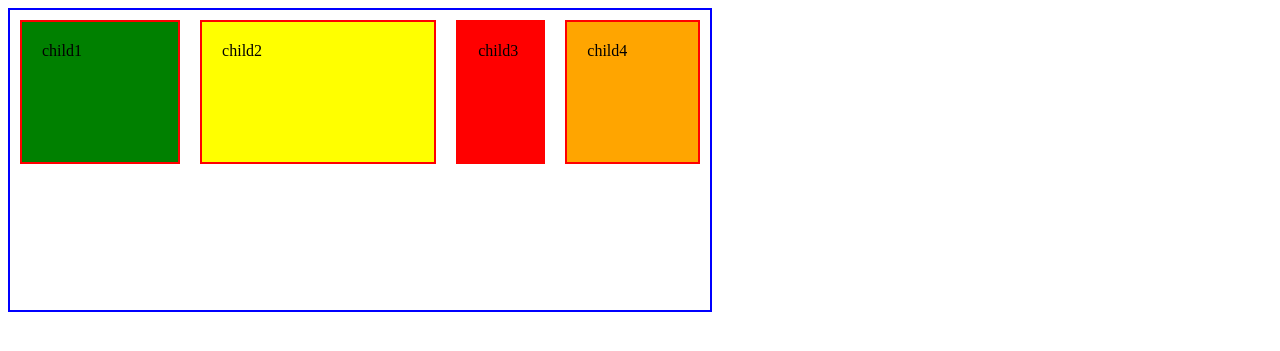
Repository: jksfoTemp/html-css-js
Page: -HTML5/html5Demos/default.7.html
The author's editor kept a record of every edit. The page is drawn from the files as they stood at one moment, then again after the next edit.
The browser window is 1280 px wide. The pictures show the whole page.

Above is the page before.

After the next edit:
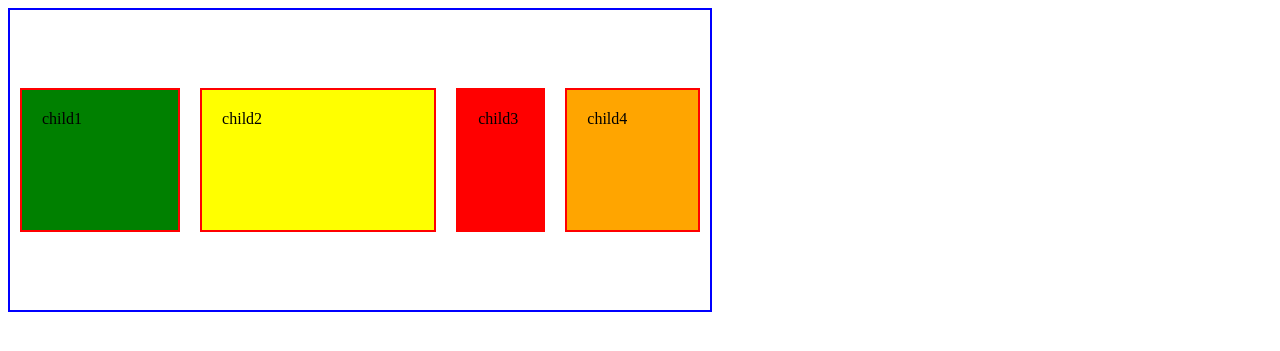
The edit:
--- a/-HTML5/css/default.7.css
+++ b/-HTML5/css/default.7.css
@@ -6,6 +6,7 @@
     width: 700px;
     /* -webkit-box-pack: center; */ /* start end center justified */
     height: 300px;
+    -webkit-box-align: center; /* vertically center, default is stretch */
 }
 
 #child1 {
